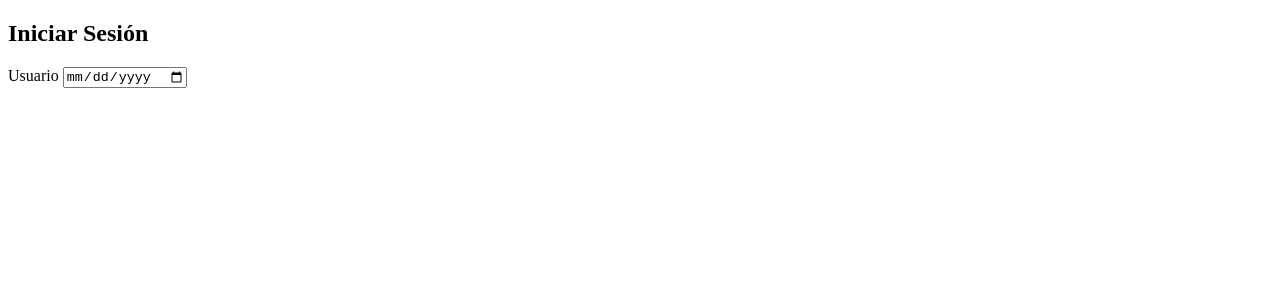
Repository: TzMichaelYT/ModuloHTMLCSS
Page: formularioHTML/index.html
An editor plug-in stored every save of this project. The page is shown before and after the next save, followed by the edit.
The browser window is 1280 px wide. The pictures show the whole page.

Above is the page before, as saved 2021-07-14 18:57:41.

After the next save:
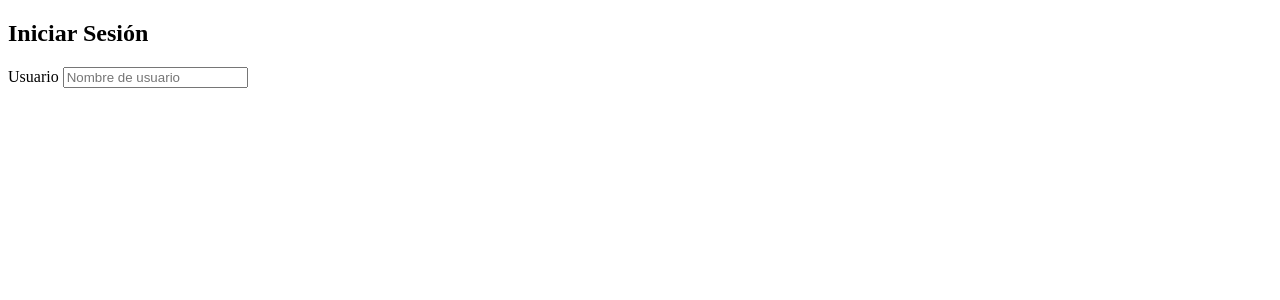
Saved 41 s later.
--- a/formularioHTML/index.html
+++ b/formularioHTML/index.html
@@ -21,7 +21,7 @@
 
             <div>
                 <label for="usuario">Usuario</label>
-                <input type="date" id="usuario">
+                <input type="text" id="usuario" placeholder="Nombre de usuario">
             </div>
 
 
